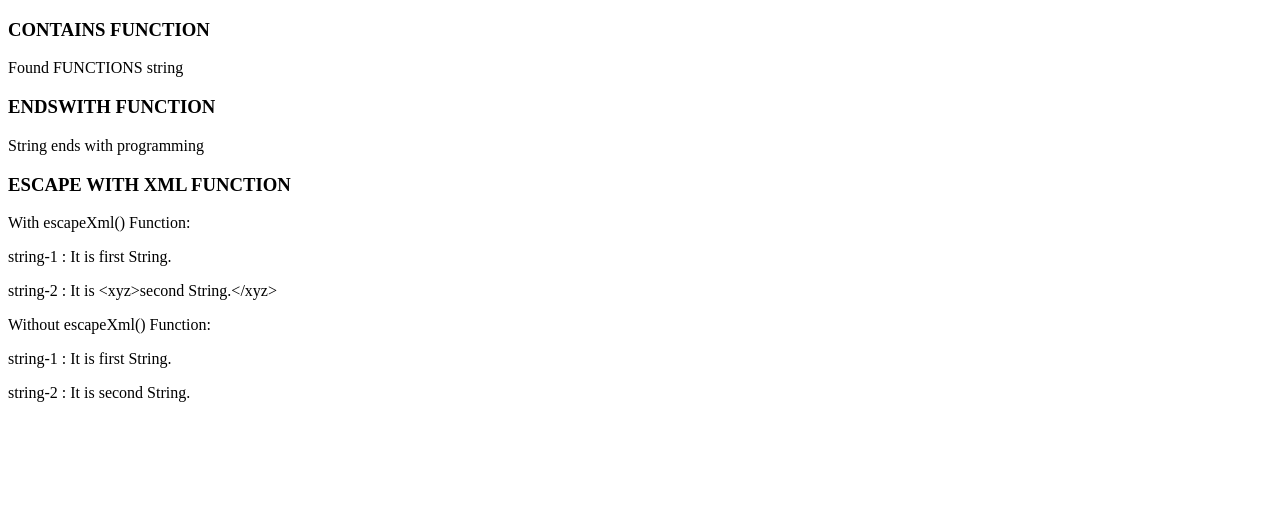
Repository: Siddhant1401/Aurionpro-J2EE
Page: http://localhost/04-JSTL-Tags/JSTLFunctions.jsp
An editor plug-in stored every save of this project. The page is shown before and after the next save, followed by the edit.
The browser window is 1280 px wide. The pictures show the whole page.
The page is served by Tomcat 9.

Above is the page before, as saved 2023-10-13 04:55:49.

After the next save:
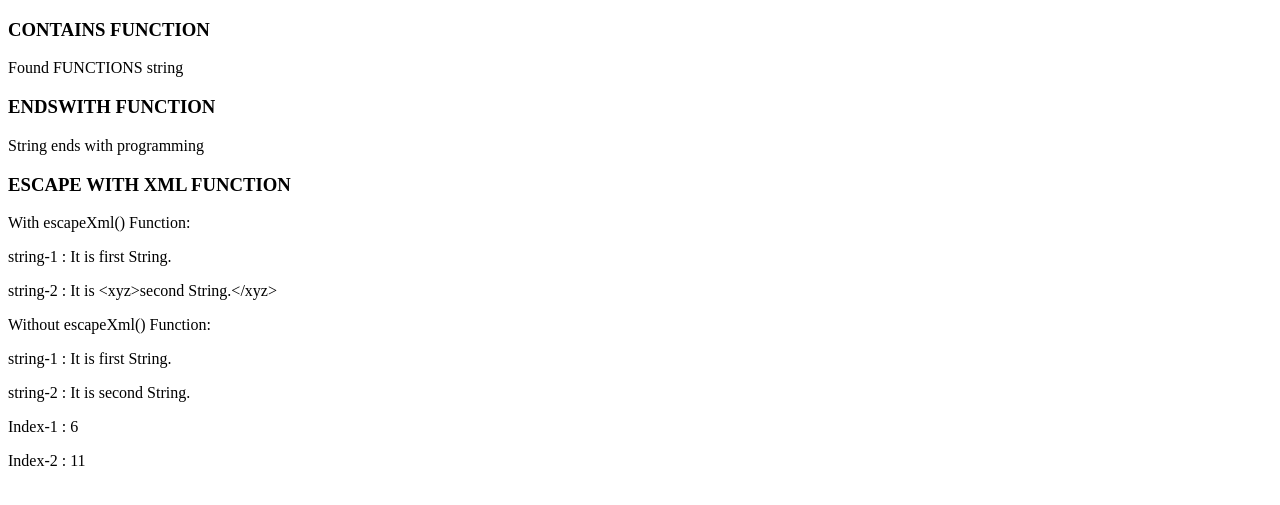
Saved 54 s later.
--- a/04-JSTL-Tags/WebContent/JSTLFunctions.jsp
+++ b/04-JSTL-Tags/WebContent/JSTLFunctions.jsp
@@ -48,5 +48,12 @@
 	<p>Without escapeXml() Function:</p>
 	<p>string-1 : ${string1}</p>
 	<p>string-2 : ${string2}</p>
+
+
+	<c:set var="string1" value="It is first String." />
+	<c:set var="string2" value="It is <xyz>second String.</xyz>" />
+
+	<p>Index-1 : ${fn:indexOf(string1, "first")}</p>
+	<p>Index-2 : ${fn:indexOf(string2, "second")}</p>
 </body>
 </html>
